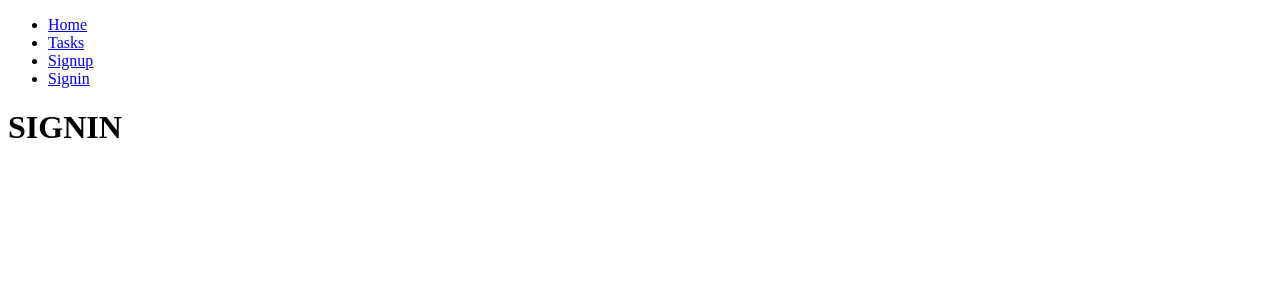
Repository: Andres250602/auth.django
Page: http://localhost/signin/
The author's editor kept a copy of each file at every save. The page is drawn from the files as they stood at one save, then again after the next save.
The browser window is 1280 px wide. The pictures show the whole page.
The page is served by the project's application, run on Django 5.2 (manage.py).

Above is the page before, as saved 2024-04-11 10:27:40.

After the next save:
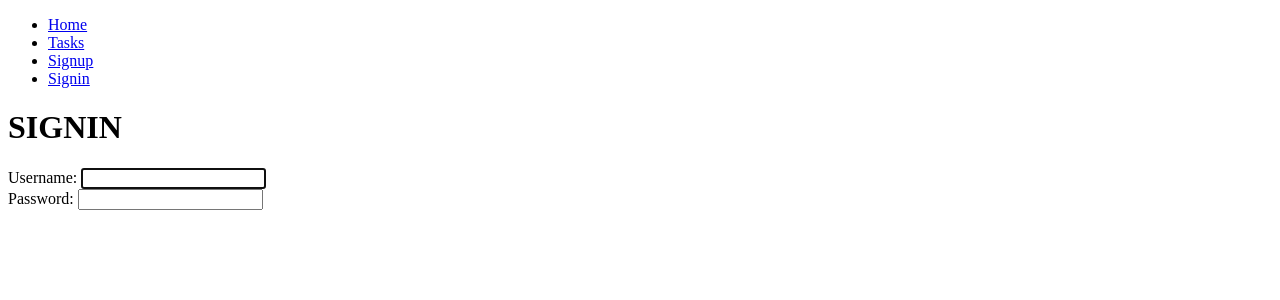
Saved 51 s later.
--- a/myapp/templates/signin.html
+++ b/myapp/templates/signin.html
@@ -2,4 +2,5 @@
 
 {% block content %}
 <h1>SIGNIN</h1>
+{{form}}
 {% endblock %}
